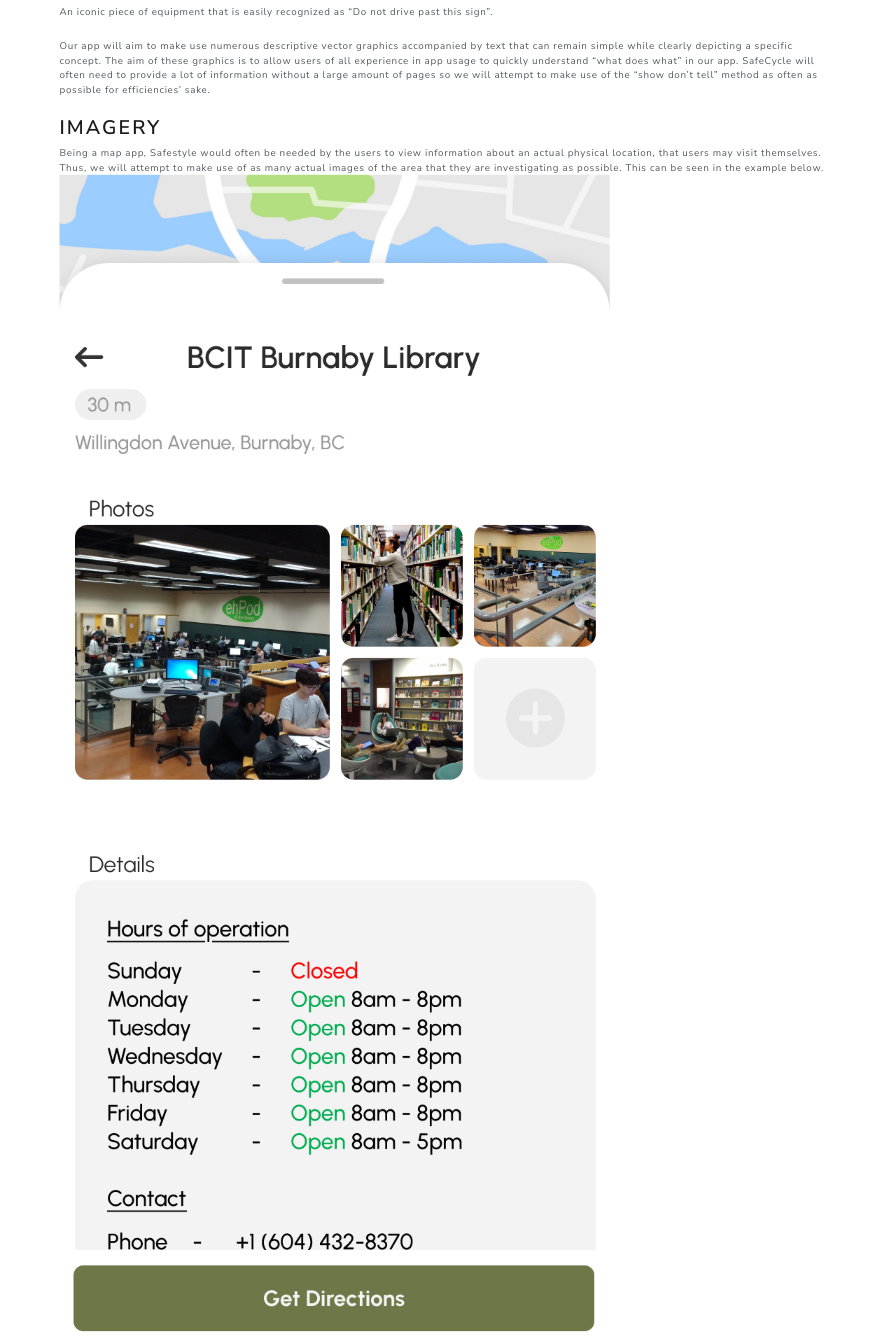
Repository: Aladdin3r/safecycle-styleguide
Page: /
These files come from the project's save history. The page is drawn as it stood at one moment and after a run of saves; the edit follows.
The browser window is 1280 px wide. The pictures show the part of the page from y = 3514 to 5434 px (the page is 5598 px tall before and 5626 px after), at 70% of full size.
The project was rebuilt for these pictures with package versions that can differ from the ones it lists, and the page was loaded fresh each time. The framework's server and built-in components were replaced by stand-ins that run in the browser. Also part of the build but not shown: next.config.mjs.

Above is the page before, as saved 2024-04-09 22:29:11.

### pages/_app.js
import "@/styles/globals.css";
import "@/styles/bootstrap.min.css";
import { useEffect } from "react";


export default function App({ Component, pageProps }) {

  useEffect(() => {
    require("bootstrap/dist/js/bootstrap.bundle.min.js");
  }, []);
  return <Component {...pageProps} />;
}

### pages/index.js
import Head from "next/head";
import styles from "@/styles/Home.module.css"

export default function Home() {

  return (
    <>
      <Head>
        <title>SafeCycle Styleguide</title>
        <meta name="description"
        content=
        "Created by Rawan Aladdin, Nea Pieroelie, Andrew Turitsa."
       />
        <meta name="viewport" content="width=device-width, initial-scale=1" />
        <link rel="icon" href="/favicon1.svg" />
      </Head>
      <nav class="navbar navbar-expand-lg bg-light sticky-top" data-bs-theme="light">
        <div class="container-fluid">
          <a class="navbar-brand" href="#">SafeCycle</a>
          <button class="navbar-toggler" type="button" data-bs-toggle="collapse" data-bs-target="#navbarColor03" aria-controls="navbarColor03" aria-expanded="false" aria-label="Toggle navigation">
            <span class="navbar-toggler-icon"></span>
          </button>
          <div class="collapse navbar-collapse" id="navbarColor03">
            <ul class="navbar-nav me-auto">
              <li class="nav-item">
                <a class="nav-link active" href="#">Home</a>
              </li>
              <li class="nav-item">
                <a class="nav-link" href="#logo">Logo</a>
              </li>
              <li class="nav-item">
                <a class="nav-link" href="#colours">Colours</a>
              </li>
              <li class="nav-item">
                <a class="nav-link" href="#types">Typography, Imagery, Graphics</a>
              </li>
              <li class="nav-item">
                <a class="nav-link" href="#refs">References</a>
              </li>
            </ul>
          </div>
        </div>
      </nav>
      <main>
      <div class="jumbotron">
        <h1 class="display-3 mt-5 pt-5">SafeCycle</h1>
        <p class="display-4 pb-5">Styleguide</p>
        <hr class="my-5"/>
        <p class="mb-5">Rawan Aladdin, Nea Pieroelie, Andrew Turitsa</p>
        <p class="lead mb-5">
          <a class="btn btn-primary btn-lg my-5" href="#logo" role="button">Start the guide</a>
        </p>
      </div>
      <div id="logo" class="p-4">
        <h2 class="p-2 mt-3">Logo Design</h2>
        <p class="p-3">
          Logo font choice: DIN condensed bold
          colours: #F0983F orange #911C12 red #AD5C0A pale orange
        </p>
        <div class="container">
          <div class="card-group">
              <div class="row">
                <div className="col-sm-4">
                  <div class="bg-primary card text-white mb-3" className={styles.card}>
                    <div class="card-body">
                      <h4 class="card-title">Full-colour logo</h4>
                      <img class="card-img-top" src="/fullcolourlogo.svg" alt="full-colour logo"></img>
                      <p class="card-text">Some quick example text to build on the card title and make up the bulk of the card's content. blah blah blah</p>
                    </div>
                  </div>
                </div>

                <div className="col-sm-4">
                  <div class="bg-primary card text-white mb-3" className={styles.card}>
                  <div class="card-body">
                    <h4 class="card-title">Black and white Logo</h4>
                    <img class="card-img-top" src="/blackandwhitelogo.svg" alt="black and white logo"></img>
                    <p class="card-text">Some quick example text to build on the card title and make up the bulk of the card's content.</p>
                  </div>
                  </div>
                </div>

                <div className="col-sm-4">
                  <div class="bg-primary card text-white mb-3" className={styles.card}>
                  <div class="card-body">
                    <h4 class="card-title">Greyscale Logo</h4>
                    <img class="card-img-top" src="/greyscalelogo.svg" alt="greyscale logo"></img>
                    <p class="card-text">Some quick example text to build on the card title and make up the bulk of the card's content.</p>
                  </div>
                  </div>
                </div>

              </div>

              <div class="row">
                <div className="col-sm-4">
                  <div class="bg-primary card text-white mb-3" className={styles.card}>
                    <div class="card-body">
                      <h4 class="card-title">Monochromatic logo</h4>
                      <img class="card-img-top" src="/monochromatic.svg" alt="Monochromatic logo"></img>
                      <p class="card-text">Some quick example text to build on the card title and make up the bulk of the card's content. blah blah blah</p>
                    </div>
                  </div>
                </div>

                <div className="col-sm-4">
                  <div class="bg-primary card text-white mb-3" className={styles.card}>
                  <div class="card-body">
                    <h4 class="card-title">Horizontal version of full-colour Logo</h4>
                    <img class="card-img-top" src="/horizontalfullcolour.svg" alt="horizontal full colour logo"></img>
                    <p class="card-text">Some quick example text to build on the card title and make up the bulk of the card's content.</p>
                  </div>
                  </div>

              </div>

              <div className="col-sm-4">
                <div class="bg-primary card  text-white mb-3" className={styles.card}>
                <div class="card-body">
                  <h4 class="card-title">Stacked/vertical version of full-colour Logo</h4>
                  <img class="card-img-top" src="/verticalfullcolour.svg" alt="stacked/vertical colour logo"></img>
                  <p class="card-text">Some quick example text to build on the card title and make up the bulk of the card's content.</p>
                </div>
                </div>
              </div>
            </div>
            <div class="row">
                <div className="col-sm-4">
                  <div class="bg-primary card text-white mb-3" className={styles.card}>
                    <div class="card-body z-3">
                      <h4 class="card-title">16x16px Favicon</h4>
                      <img class="card-img-top" src="/favicon1.svg" alt="xs favicon"></img>
                      <p class="card-text">Some quick example text to build on the card title and make up the bulk of the card's content. blah blah blah</p>
                    </div>
                  </div>
                </div>

                <div className="col-sm-4">
                  <div class="bg-primary card  text-white mb-3" className={styles.card}>
                  <div class="card-body">
                    <h4 class="card-title">32x32px Favicon</h4>
                    <img class="card-img-top" src="/favicon2.svg" alt="small favicon"></img>
                    <p class="card-text">Some quick example text to build on the card title and make up the bulk of the card's content.</p>
                  </div>
                  </div>

              </div>

              <div className="col-sm-4">
                <div class="bg-primary card text-white mb-3" className={styles.card}>
                <div class="card-body">
                  <h4 class="card-title">48x48px Favicon</h4>
                  <img class="card-img-top" src="/favicon3.svg" alt="normal favicon"></img>
                  <p class="card-text">Some quick example text to build on the card title and make up the bulk of the card's content.</p>
                </div>
                </div>
              </div>
            </div>
          </div>
        </div>
      </div>
      <div id="colours" class="p-4">
        <h2 class="p-2">Colour Palette, Colour Accessibility</h2>
        <div class="container">

        </div>
      </div>
      <div id="types" class="p-4">
        <h2 class="p-2">Typography, Imagery, Graphics</h2>
        <div class="container">
        <p className={styles.typo_desc} class="p-3">
        The fonts used in SafeCycle will be a blend of Urbanist and Sarabun. They are both sans serif fonts that are not too fancy but also not too rigid and boring. We believe that these fonts have a charming blend of simple, practical functionality and the calming, welcoming feel of a guidance application.  The characters of the Urbanist font are slightly more block-like, so this font will be used primary for heading and standalone words or phrases. Sarabun's characters on the other hand have a more natural curves and shaped, so this more elegant font will be used for body text and paragraphs.
        </p>
        <div className={styles.h1Typo}>Heading One 40/24</div>
        <div className={styles.h2Typo}>Heading Two 26/16</div>
        <div className={styles.h3Typo}>Heading Three 22/16</div>
        <div className={styles.h4Typo}>Heading Four 20/16</div>
        <div className={styles.BodyTypo}>Body 14/24</div>
        <div className={styles.ButtonMetaTypo}>Button + Meta 14/24</div>
        <h2 className={styles.graphicTitle}>GRAPHICS</h2>
        <div>Here are some examples of icons we will be using:</div>
        <div className={styles.graphicName}>Car accident:</div>
        <img className={styles.carCrash} src="/carCrash.png" alt="Car Accident"></img>
        <div className={styles.graphicDesc}>Red, jarring and spiked graphic implies danger and an impact of some sort.</div>
        <div className={styles.graphicName}>Traffic Jam:</div>
        <img className={styles.traffic} src="/traffic.png" alt="Traffic"></img>
        <div className={styles.graphicDesc}>Many cars, tightly packed together, but with no outright or hazard or danger.</div>
        <div className={styles.graphicName}>Road Closed:</div>
        <img className={styles.RoadClosed} src="/RoadClosed.png" alt="Raod Closed"></img>
        <div className={styles.graphicDesc}>An iconic piece of equipment that is easily recognized as “Do not drive past this sign”.</div>
        <div className={styles.graphicExpl}>Our app will aim to make use numerous descriptive vector graphics accompanied by text that can remain simple while clearly depicting a specific concept. The aim of these graphics is to allow users of all experience in app usage to quickly understand “what does what” in our app. SafeCycle will often need to provide a lot of information without a large amount of pages so we will attempt to make use of the “show don’t tell” method as often as possible for efficiencies’ sake.</div>
        <h2>IMAGERY</h2>
        <div>Being a map app, Safestyle would often be needed by the users to view information about an actual physical location, that users may visit themselves. Thus, we will attempt to make use of as many actual images of the area that they are investigating as possible. This can be seen in the example below.</div>
        <img className={styles.locationPage} src="/locationPage.png" alt="Location Page"></img>


        </div>
        </div>
      <div id="refs" class="p-4">
        <h2 class="p-2">References</h2>
        <div class="container">

        </div>
      </div>
      </main>
    </>
  );
}

### styles/Home.module.css
.main {
  display: flex;
  flex-direction: column;
  justify-content: space-between;
  align-items: center;
  padding: 6rem;
  min-height: 100vh;
}
.card{
  max-width: 30em;
}

.typo_desc{
  margin-left: -14.5em;

}
.h1Typo {
  font-family: "Urbanist", sans-serif;
  font-style: bold;
  font-size: 40pt;
  font-weight: 900;
  color: black;
  margin-left: -4em;
}
.h2Typo {
  font-family: "Urbanist", sans-serif;
  font-style: bold;
  font-size: 26pt;
  font-weight: 600;
  color: black;
  margin-left: -6em;
}
.h3Typo {
  font-family: "Urbanist", sans-serif;
  font-style: bold;
  font-size: 22pt;
  font-weight: 500;
  color: black;
  margin-left: -7em;
}
.h4Typo {
  font-family: "Urbanist", sans-serif;
  font-style: bold;
  font-size: 20;
  font-weight: 500;
  color: black;
  margin-left: -14.5em;
}

.BodyTypo {
  font-family: "Sarabun", sans-serif;
  font-weight:500;
  font-style: normal;
  color: black;
  font-size: 18;
  margin-left: -14.5em;
}
.ButtonMetaTypo {
  font-family: "Sarabun", sans-serif;
  font-weight:500;
  font-style: normal;
  color: black;
  font-size: 18;
  margin-left: -14.5em;
}
.graphicTitle{
  margin-top: 2em;
}
.carCrash{
  margin-top: 1em;
}

.graphicDesc{
  margin-top: 1em;
}

.graphicName{
  margin-top: 1em;
}

.graphicExpl{
  margin-top: 2em;
  margin-bottom: 2em;
}

.traffic{
  margin-top: 1em;
}

.RoadClosed{
  margin-top: 1em;
}

Loaded but not shown: pages/_document.js (common file); styles/globals.css (common file); styles/bootstrap.min.css (library)

After the next 2 saves:
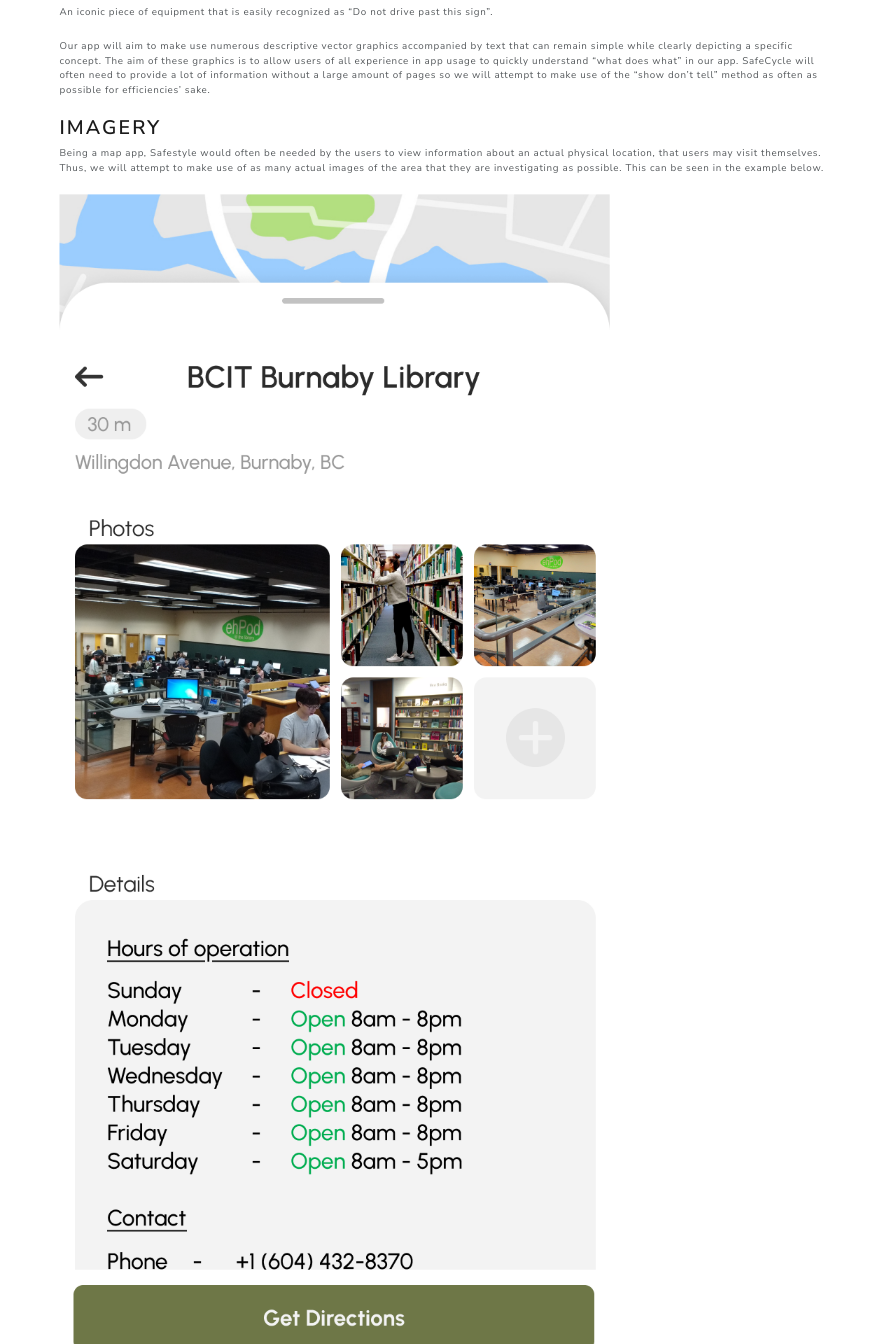
The 2 saves are shown as one change because they came seconds apart.
The last was saved 13 s later.
--- a/styles/Home.module.css
+++ b/styles/Home.module.css
@@ -90,3 +90,7 @@
 .RoadClosed{
   margin-top: 1em;
 }
+
+.locationPage{
+  margin-top: 2em;
+}
